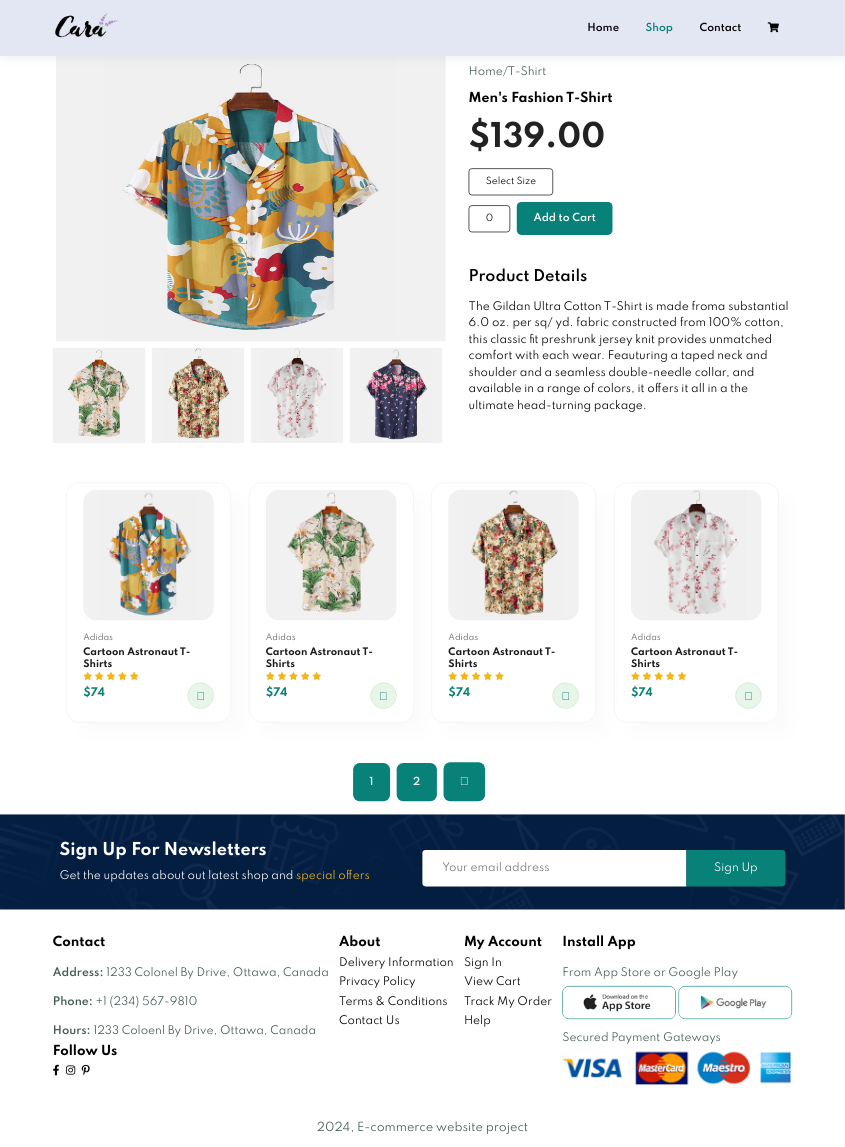
Repository: Daryllgio/E-Commerce-Website-UI
Page: ItemDetail.html
The author's editor kept a copy of each file at every save. The page is drawn from the files as they stood at one save, then again after the next save.
The browser window is 1280 px wide. The pictures show the whole page, at 66% of full size.
Some web libraries are served in a nearby version.

Above is the page before, as saved 2025-01-01 21:20:21.

### ItemDetail.html
<!DOCTYPE html>
<html lang="en">

<head>
    <meta charset="UTF-8">
    <meta http-equiv="X-UA-Compatible" content="IE=edge">
    <meta name="viewport" content="width=device-width, initial-scale=1.0">
    <title>Tech2etc Ecommerce Tutorial</title>
    <link rel="stylesheet" href="https://pro.fontawesome.com/releases/v5.10.0/css/all.css" />

    <link rel="stylesheet" href="style.css">
</head>

<body>
    <section id="header">
        <a href="#"><img src="img/logo.png" id="logo" class="logo" alt=""></a>

        <div>
            <ul id="navbar">
                <li>
                    <a href="index.html">Home</a>
                </li>
                <li>
                    <a class="active" href="shop.html">Shop</a>
                </li>
                <li>
                    <a href="contact.html">Contact</a>
                </li>
                <li>
                    <a href="cart.html"><i class="fa fa-shopping-cart" aria-hidden="true"></i></a>
                </li>

            </ul>
        </div>
    </section>

    <section id="Product-Detail-Container">
        <div class="OptionContainer">
            <img src="img/products/f1.jpg" class="MainOption" alt="">
            <div class="OptionSubContainer">
                <img src="img/products/f2.jpg" class="option" alt="">
                <img src="img/products/f3.jpg" class="option" alt="">
                <img src="img/products/f4.jpg" class="option" alt="">
                <img src="img/products/f5.jpg" class="option" alt="">
            </div>
        </div>

        <div>
            <p class="Product-Name">Home/T-Shirt</p>
            <h3 class="Product-Category">Men's Fashion T-Shirt</h3>
            <h2 class="Product-Price">$139.00</h2>
            <div class="dropdown">
                <button class="dropdown-btn" onclick="toggleDropdown('myDropdown1')">Select Size</button>
                <div class="dropdown-content" id="myDropdown1">
                    <a href="#" onclick="updateButtonText('myDropdown1', this)">Small</a>
                    <a href="#" onclick="updateButtonText('myDropdown1', this)">Medium</a>
                    <a href="#" onclick="updateButtonText('myDropdown1', this)">Large</a>
                </div>
            </div>
            <div class="Product-Num-Container">
                <div class="dropdown">
                    <button class="Size-btn" onclick="toggleDropdown('myDropdown2')">0</button>
                    <div class="dropdown-content" id="myDropdown2">
                        <a href="#" onclick="updateButtonText('myDropdown2', this)">1</a>
                        <a href="#" onclick="updateButtonText('myDropdown2', this)">2</a>
                        <a href="#" onclick="updateButtonText('myDropdown2', this)">3</a>
                        <a href="#" onclick="updateButtonText('myDropdown2', this)">4</a>
                        <a href="#" onclick="updateButtonText('myDropdown2', this)">5</a>
                        <a href="#" onclick="updateButtonText('myDropdown2', this)">6</a>
                        <a href="#" onclick="updateButtonText('myDropdown2', this)">7</a>
                        <a href="#" onclick="updateButtonText('myDropdown2', this)">8</a>
                        <a href="#" onclick="updateButtonText('myDropdown2', this)">9</a>
                        <a href="#" onclick="updateButtonText('myDropdown2', this)">10+</a>
                    </div>
                </div>
                <button class="AddToCart-btn">
                    Add to Cart
                </button>
            </div>
            <p class="Product-Detail-Header">Product Details</p>
            <p class="Product-Details">
                The Gildan Ultra Cotton T-Shirt is made froma substantial 6.0 oz. per sq/ yd. fabric constructed
                from 100% cotton, this classic fit preshrunk jersey knit provides unmatched comfort with each wear.
                Feauturing a taped neck and shoulder and a seamless double-needle collar, and available in a range
                of colors, it offers it all in a the ultimate head-turning package.
            </p>
        </div>

    </section>


    <section id="product1" class="section-p1">
        <div class="pro-container">
            <div class="pro">
                <img src="img/products/f1.jpg" alt="">
                <div class="des">
                    <span>Adidas</span>
                    <h5>Cartoon Astronaut T-Shirts</h5>
                    <div class="star">
                        <i class="fas fa-star"></i>
                        <i class="fas fa-star"></i>
                        <i class="fas fa-star"></i>
                        <i class="fas fa-star"></i>
                        <i class="fas fa-star"></i>
                    </div>
                    <div class="Shop">
                        <h4>$74</h4>
                        <a href="#"><i class="fal fa-shopping-cart "></i></a>
                    </div>

                </div>
            </div>

            <div class="pro">
                <img src="img/products/f2.jpg" alt="">
                <div class="des">
                    <span>Adidas</span>
                    <h5>Cartoon Astronaut T-Shirts</h5>
                    <div class="star">
                        <i class="fas fa-star"></i>
                        <i class="fas fa-star"></i>
                        <i class="fas fa-star"></i>
                        <i class="fas fa-star"></i>
                        <i class="fas fa-star"></i>
                    </div>
                    <div class="Shop">
                        <h4>$74</h4>
                        <a href="#"><i class="fal fa-shopping-cart "></i></a>
                    </div>

                </div>
            </div>

            <div class="pro">
                <img src="img/products/f3.jpg" alt="">
                <div class="des">
                    <span>Adidas</span>
                    <h5>Cartoon Astronaut T-Shirts</h5>
                    <div class="star">
                        <i class="fas fa-star"></i>
                        <i class="fas fa-star"></i>
                        <i class="fas fa-star"></i>
                        <i class="fas fa-star"></i>
                        <i class="fas fa-star"></i>
                    </div>
                    <div class="Shop">
                        <h4>$74</h4>
                        <a href="#"><i class="fal fa-shopping-cart "></i></a>
                    </div>

                </div>
            </div>

            <div class="pro">
                <img src="img/products/f4.jpg" alt="">
                <div class="des">
                    <span>Adidas</span>
                    <h5>Cartoon Astronaut T-Shirts</h5>
                    <div class="star">
                        <i class="fas fa-star"></i>
                        <i class="fas fa-star"></i>
                        <i class="fas fa-star"></i>
                        <i class="fas fa-star"></i>
                        <i class="fas fa-star"></i>
                    </div>
                    <div class="Shop">
                        <h4>$74</h4>
                        <a href="#"><i class="fal fa-shopping-cart "></i></a>
                    </div>

                </div>
            </div>


    </section>

    <section id="ShopPagePagination">
        <a href="#">
            1
        </a>
        <a href="#">
            2
        </a>
        <a href="#">
            <i class="fal fa-long-arrow-alt-right"></i>
        </a>
    </section>

    <section id="sm-NewsLetter" class="section-p1">
        <div class="Newsletters-Container">
            <div class="Newsletters-Text">
                <h3>Sign Up For Newsletters</h3>
                <p> Get the updates about out latest shop and <span>special offers</span></p>
            </div>
            <div class="Newsletters-Input">
                <input placeholder="Your email address" />
                <button>
                    Sign Up
                </button>
            </div>
        </div>
    </section>

    <footer id="Footer" class="section-p1">
        <div class="Footer-box">
            <h3>Contact</h3>
            <p><span>Address: </span>1233 Colonel By Drive, Ottawa, Canada</p>
            <p><span>Phone: </span>+1 (234) 567-9810</span></p>
            <p><span>Hours: </span>1233 Coloenl By Drive, Ottawa, Canada</p>
            <h3>Follow Us</h3>

            <div class="Social-Icons">
                <i class="fab fa-facebook-f"></i>
                <i class="fab fa-instagram"></i>
                <i class="fab fa-pinterest-p"></i>
            </div>
        </div>

        <div class="Footer-box">
            <h3>About</h3>
            <a href="#">Delivery Information</a>
            <a href="#">Privacy Policy</a>
            <a href="#">Terms & Conditions</a>
            <a href="contact.html">Contact Us</a>
        </div>

        <div class="Footer-box">
            <h3>My Account</h3>
            <a href="#">Sign In</a>
            <a href="cart.html">View Cart</a>
            <a href="#">Track My Order</a>
            <a href="#">Help</a>
        </div>

        <div class="Footer-box">
            <h3>Install App</h3>
            <p>From App Store or Google Play</p>
            <div class="Pay-Container">
                <img src="img/pay/app.jpg" class="pay" alt="">
                <img src="img/pay/play.jpg" class="pay" alt="">

            </div>
            <p>Secured Payment Gateways</p>
            <img src="img/pay/pay.png" alt="">

        </div>

    </footer>
    <div id="copyright">
        <p>
            2024, E-commerce website project
        </p>
    </div>

    <script src="script.js"></script>
</body>

</html>

### style.css
@import url("https://fonts.googleapis.com/css2?family=Spartan:wght@100;200;300;400;500;600;700;800;900&display=swap");

* {
  margin: 0;
  padding: 0;
  box-sizing: border-box;
  font-family: "Spartan", sans-serif;
}

html {
  scroll-behavior: smooth;
}

/* Global Styles */

h1 {
  font-size: 50px;
  line-height: 64px;
  color: #222;
}

h2 {
  font-size: 46px;
  line-height: 54px;
  color: #222;
}

h4 {
  font-size: 20px;
  color: #222;
}

h6 {
  font-weight: 700;
  font-size: 12px;
}

p {
  font-size: 16px;
  color: #465b52;
  margin: 15px 0 20px 0;
}

.section-p1 {
  padding: 40px 80px;
}

.section-m1 {
  margin: 40px 0;
}

button.normal {
  font-size: 14px;
  font-weight: 400;
  padding: 15px 20px;
  border-radius: 5px;
  cursor: pointer;
  border: none;
  outline: none;
  transition: 0.3s;
}

body {
  width: 100%;
}

#header {
  display: flex;
  align-items: center;
  justify-content: space-between;
  padding: 20px 80px;
  background: #E3E6F3;
  box-shadow: 0 5px 15px rgba(0, 0, 0, 0.06);
  position: sticky;
  top: 0;
  left: 0;

}



#navbar {
  display: flex;
  align-items: center;
  justify-content: center;
}

#navbar li {
  list-style: none;
  padding: 0px 20px;
}

#navbar li a {
  text-decoration: none;
  font-size: 15px;
  font-weight: 600;
  color: #000;
  transition: 0.3s ease;
}

#navbar li a:hover,
#navbar li a.active {
  color: #088178;
}

#HomeHeaderContent {
  background-image: url("img/hero4.png");
  height: 90vh;
  width: 100%;
  background-size: cover;
  background-position: top 25% right 0;
  padding: 0 80px;
  align-items: flex-start;
  display: flex;
  flex-direction: column;
  justify-content: center;
}

#HomeHeaderContent h4 {
  margin-bottom: 10px;
}

#HomeHeaderContent h1 {
  color: #088178;
}

#HomeHeaderContent button {
  color: #088178;
  background-image: url("img/button.png");
  font-size: 15px;
  font-weight: 600;
  background-color: transparent;
  border: 0;
  padding: 14px 80px 14px 65px;
  background-repeat: no-repeat;
  cursor: pointer;
}

#Features {
  display: flex;
  justify-content: space-between;
}

#Features .fe-box {
  width: 200px;
  text-align: center;
  padding: 35px 25px;
  border: 1px solid #cce7d0;
  box-shadow: 20px 20px 34px rgba(0, 0, 0, 0.03);
  border-radius: 10px;
}

#Features .fe-box:hover {
  box-shadow: 10px 10px 54px rgba(0, 0, 0, 0.1);
}

#Features .fe-box img {
  margin-bottom: 10px;
}

#Features .fe-box h6 {
  font-size: 13px;
  display: inline-block;
  line-height: 1;
  border-radius: 4px;
  color: #088178;
  background-color: #fddde4;
  padding: 9px 8px 6px 8px;
}

#Features .fe-box:nth-child(2) h6 {
  background-color: #cdebbc;
}

#Features .fe-box:nth-child(3) h6 {
  background-color: #d1e8f2;
}

#Features .fe-box:nth-child(4) h6 {
  background-color: #cdd4f8;
}

#Features .fe-box:nth-child(5) h6 {
  background-color: #f6dbf6;
}

#Features .fe-box:nth-child(6) h6 {
  background-color: #fff2e5;
}

#product1 {
  text-align: center;
}

#product1 .pro {
  width: 23%;
  min-width: 250px;
  padding: 10px 25px;
  border: 1px solid #f0f0f0;
  border-radius: 20px;
  cursor: pointer;
  box-shadow: 20px 20px 30px rgba(0, 0, 0, 0.02);
  transition: 0.3s ease;
}

#product1 .pro:hover {
  box-shadow: 20px 20px 30px rgba(0, 0, 0, 0.06);

}

#product1 .pro img {
  width: 100%;
  border-radius: 20px;
}

#product1 .pro .des {
  text-align: start;
  padding: 10px 0;
}

#product1 .pro .des span {
  color: #606063;
  font-size: 12px;
}

#product1 .pro .des h5 {
  color: #1a1a1a;
  font-size: 14px;
  padding-top: 7px;
}

#product1 .pro .des .fa-star {
  color: rgb(243, 181, 25);
  font-size: 12px;
}

#product1 .pro .des h4 {
  font-size: 16px;
  padding-top: 7px;
  font-weight: 700;
  color: #088178;

}

#product1 .pro .Shop {
  display: flex;
  justify-content: space-between;
}

#product1 .pro .des .fa-shopping-cart {
  width: 40px;
  height: 40px;
  line-height: 40px;
  border-radius: 50px;
  font-size: 17px;
  background-color: #e8f6ea;
  font-weight: 500;
  color: #088178;
  border: 1px solid #cce7d0;
  text-align: center;
}

#product1 .pro-container {
  display: flex;
  justify-content: space-between;
  padding: 20px;
  flex-wrap: wrap;
}


#banner {
  background-image: url("img/banner/b2.jpg");
  height: 40vh;
  width: 100%;
  background-size: cover;
  background-position: top 25% right 0;
  padding: 0 80px;
  text-align: center;
  display: flex;
  flex-direction: column;
  align-items: center;
  justify-content: center;
}

#banner p {
  font-size: 15px;
  margin-bottom: 15px;
  font-weight: 400;
  color: #ffffff;
}

#banner h2 {
  color: #fff;
  margin-bottom: 15px;
}

#banner span {
  color: red;
}

#banner button:hover {
  color: #fff;
  background-color: #088178;
}



#sm-banner {
  display: flex;
  justify-content: space-between;
  flex-wrap: wrap;
  margin-bottom: 10px;
}

#sm-banner .banner-box {
  background-image: url("img/banner/b17.jpg");
  height: 50vh;
  min-width: 620px;
  background-size: cover;
  padding: 0 20px;
  display: flex;
  flex-direction: column;
  align-items: flex-start;
  justify-content: center;

}

#sm-banner .banner-box:nth-child(2) {
  background-image: url("img/banner/b10.jpg");
}

#sm-banner p {
  font-size: 20px;
  color: #fff;
}

#sm-banner h2 {
  color: #fff;
}

#sm-banner span {
  font-size: 17px;
  color: #fff;
  margin-top: 15px;
}

#sm-banner button {
  margin-top: 25px;
  background-color: transparent;
  color: #fff;
  border: 1px solid #fff;
  transition: 0.3s ease;

}

#sm-banner button:hover {
  border: 0;
  background-color: #088178;
}




#sm-banner2 {
  display: flex;
  justify-content: space-between;
}

#sm-banner2 .banner-box {
  background-image: url("img/banner/b7.jpg");
  height: 30vh;
  width: 420px;
  background-size: cover;
  padding: 0 20px;
  display: flex;
  flex-direction: column;
  align-items: flex-start;
  justify-content: center;
  overflow: hidden;

}

#sm-banner2 .banner-box:nth-child(2) {
  background-image: url("img/banner/b4.jpg");
}

#sm-banner2 .banner-box:nth-child(3) {
  background-image: url("img/banner/b18.jpg");
}

#sm-banner2 h3 {
  font-size: 28px;
  color: #fff;
}

#sm-banner2 span {
  font-size: 17px;
  color: #fff;
  font-weight: 600;
  margin-top: 15px;
}

#sm-NewsLetter {
  background-image: url("img/banner/b14.png");
  background-repeat: no-repeat;
  height: 20vh;
  width: 100%;
  background-size: cover;
  background-position: top 25% right 30%;
  background-color: #041e42;
}

#sm-NewsLetter .Newsletters-Container {
  justify-content: space-between;
  padding: 0 10px;
  display: flex;
  flex-direction: row;
  align-items: center;
}

#sm-NewsLetter .Newsletters-Container h3 {
  color: #fff;
  font-size: 24px;
}

#sm-NewsLetter .Newsletters-Container p {
  color: #fff;
}

#sm-NewsLetter .Newsletters-Container span {
  color: rgb(243, 181, 25);
}

#sm-NewsLetter .Newsletters-Input {
  display: flex;
}

#sm-NewsLetter input {
  width: 400px;
  border: 0;
  border-radius: 5px;
  border-top-right-radius: 0;
  border-bottom-right-radius: 0;
  height: 55px;
  padding-left: 30px;
  font-size: 16px;
}

#sm-NewsLetter button {
  width: 150px;
  height: 55px;
  font-size: 16px;
  color: #fff;
  background-color: #088178;
  border: 0;
  border-radius: 5px;
  border-top-left-radius: 0;
  border-bottom-left-radius: 0;
}

#Footer {
  display: flex;
  flex-direction: row;
  justify-content: space-between;
}

#Footer .Footer-box {
  display: flex;
  flex-direction: column;
}

#Footer a {
  margin-bottom: 10px;
  text-decoration: none;
  color: #000;
}



#Footer h3 {
  margin-bottom: 10px;
}

#Footer .Social-Icons {
  display: flex;
  flex-direction: row;
  align-items: center;
}

#Footer i {
  margin-right: 10px;
}

#Footer span {
  font-weight: 600;
}

#Footer p {
  margin-bottom: 10px;
}

#Footer .pay {
  border: 1px solid #088178;
  border-radius: 10px;
}

#copyright p {
  text-align: center;
  font-size: 17px;
  font-weight: 400;
}

@media (max-width: 799px) {
  #navbar {
    display: flex;
    flex-direction: column;
    align-items: flex-start;
    justify-content: flex-start;
    position: fixed;
    right: 0px;
    top: 0;
    height: 100vh;
    width: 300px;
  }
}

#ShopPageheader {
  background-image: url("img/banner/b1.jpg");
  height: 40vh;
  width: 100%;
  background-size: cover;
  background-position: top 25% right 0;
  padding: 0 80px;
  text-align: center;
  display: flex;
  flex-direction: column;
  align-items: center;
  justify-content: center;
}

#ShopPageheader h2 {
  color: #fff;
}

#ShopPageheader p {
  color: #fff;
  font-size: 18px;
  font-weight: 600;
}

#ShopPagePagination {
  display: flex;
  align-items: center;
  justify-content: center;
  margin-bottom: 20px;
}

#ShopPagePagination a {
  padding: 20px 25px;
  align-items: center;
  text-align: center;
  background-color: #088178;
  font-size: 15px;
  font-weight: 600;
  border: 0;
  text-decoration: none;
  border-radius: 10px;
  margin-right: 10px;
  color: #fff;
}

#ShopPagePagination a i {
  font-size: 18px;
}

.dropdown-content {
  display: none;
  position: absolute;
  background-color: #f9f9f9;
  min-width: 160px;
  box-shadow: 0px 8px 16px rgba(0, 0, 0, 0.2);
  z-index: 1;
}

.dropdown-content a {
  color: black;
  padding: 12px 16px;
  text-decoration: none;
  display: block;
}

.dropdown-content a:hover {
  background-color: #f1f1f1;
}

#Product-Detail-Container {
  display: flex;
  padding: 0 80px;
}

#Product-Detail-Container .OptionContainer {
  display: flex;
  align-items: center;
  flex-direction: column;
  margin-right: 30px;
}

#Product-Detail-Container .OptionSubContainer {
  display: flex;
  justify-content: flex-start;
}



#Product-Detail-Container .MainOption {
  width: 590px;
  height: 60vh;
  margin-bottom: 10px;
}

#Product-Detail-Container .option {
  width: 140px;
  height: 20vh;
  margin-right: 10px;
}

#Product-Detail-Container .Product-Category {
  margin-bottom: 20px;
}

#Product-Detail-Container .Product-Price {
  margin-bottom: 20px;
}

#Product-Detail-Container .dropdown-btn {
  padding: 12px 25px;
  border: 1px solid;
  border-radius: 5px;
  background-color: transparent;
}

#Product-Detail-Container .Product-Num-Container {
  display: flex;
  align-items: center;
  margin-top: 10px;
  margin-bottom: 50px;
}

#Product-Detail-Container .Size-btn {
  padding: 12px 25px;
  border: 1px solid;
  border-radius: 5px;
  text-align: center;
  margin-right: 10px;
  background-color: #fff;
}

#Product-Detail-Container .AddToCart-btn {
  padding: 16px 25px;
  border: 0;
  border-radius: 7px;
  text-align: center;
  background-color: #088178;
  color: #fff;
  font-size: 15px;
  font-weight: 600;
}


#Product-Detail-Container .Product-Detail-Header {
  color: #000;
  font-size: 22px;
  font-weight: 600;
}

#Product-Detail-Container .Product-Details {
  color: #000;
  line-height: 25px;
}

### script.js
// Script for navigation bar
function toggleDropdown(dropdownId) {
    const dropdown = document.getElementById(dropdownId);
    const isOpen = dropdown.style.display === "block";
    closeAllDropdowns(); // Close any other open dropdowns
    dropdown.style.display = isOpen ? "none" : "block";
}

function closeAllDropdowns() {
    const dropdowns = document.querySelectorAll(".dropdown-content");
    dropdowns.forEach(dropdown => {
        dropdown.style.display = "none";
    });
}

function updateButtonText(dropdownId, selectedItem) {
    const dropdown = document.getElementById(dropdownId);
    const button = dropdown.previousElementSibling; // Select the button associated with the dropdown
    button.textContent = selectedItem.textContent; // Update button text with the selected item's text
    dropdown.style.display = "none"; // Close the dropdown after selection
}

// Close dropdowns when clicking outside
document.addEventListener("click", function (event) {
    if (!event.target.matches(".dropdown-btn") && !event.target.matches(".Size-btn")) {
        closeAllDropdowns();
    }
});

After the next save:
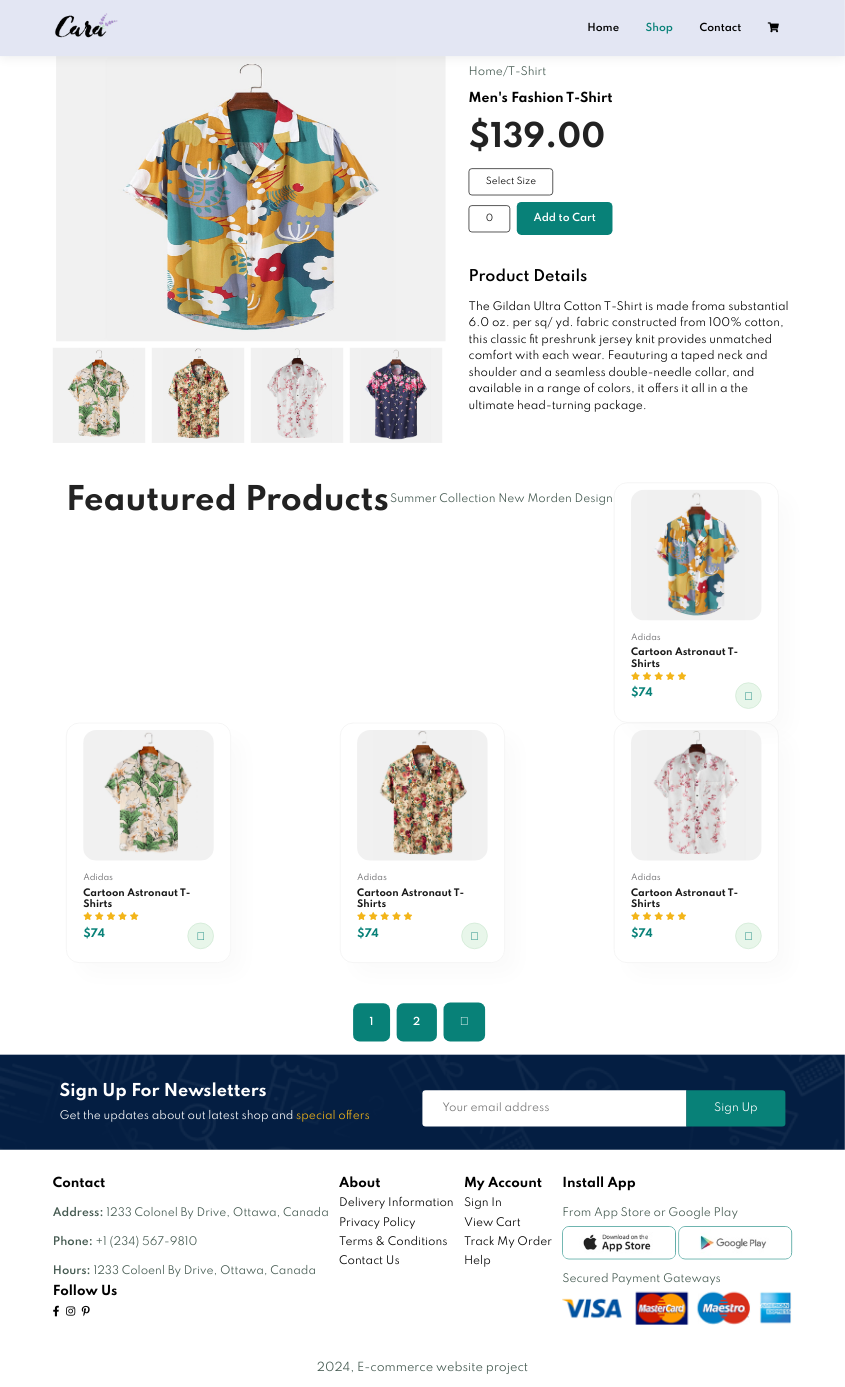
Saved 30 s later.
--- a/ItemDetail.html
+++ b/ItemDetail.html
@@ -91,6 +91,12 @@
 
     <section id="product1" class="section-p1">
         <div class="pro-container">
+            <h2>
+                Feautured Products
+            </h2>
+            <p>
+                Summer Collection New Morden Design
+            </p>
             <div class="pro">
                 <img src="img/products/f1.jpg" alt="">
                 <div class="des">
